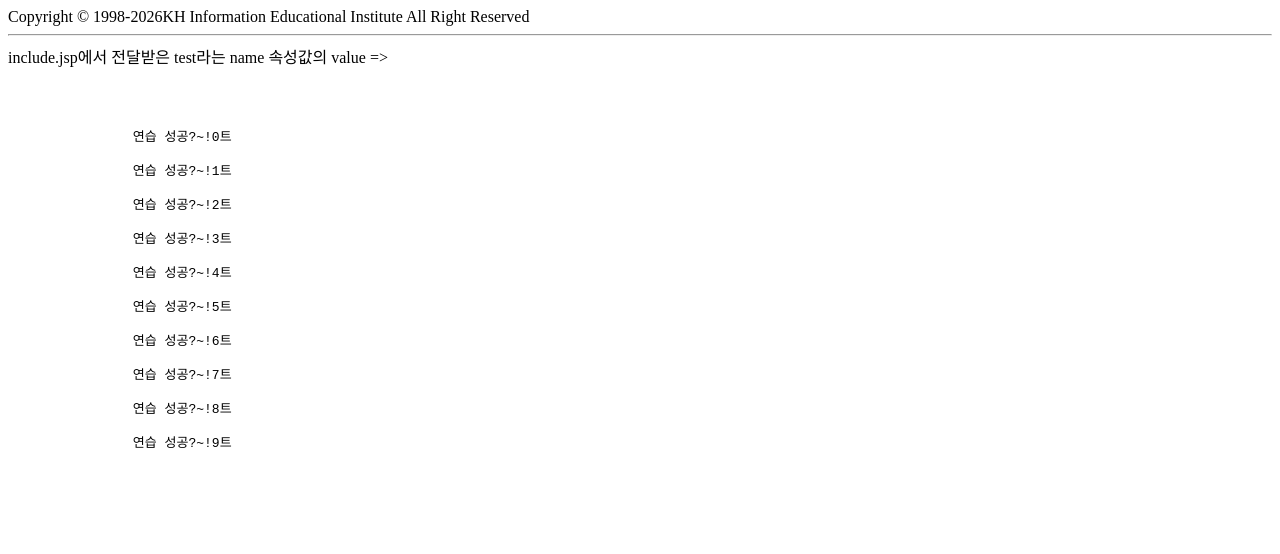
Repository: ham-zi/front-practice
Page: http://localhost/ActionProject/test.do
The author's editor kept a copy of each file at every save. The page is drawn from the files as they stood at one save, then again after a run of saves.
The browser window is 1280 px wide. The pictures show the whole page.
The page is served by Tomcat 9.

Above is the page before, as saved 2026-05-06 10:58:48.
Console error: ReferenceError: Cannot access 'date' before initialization

After the next 2 saves:
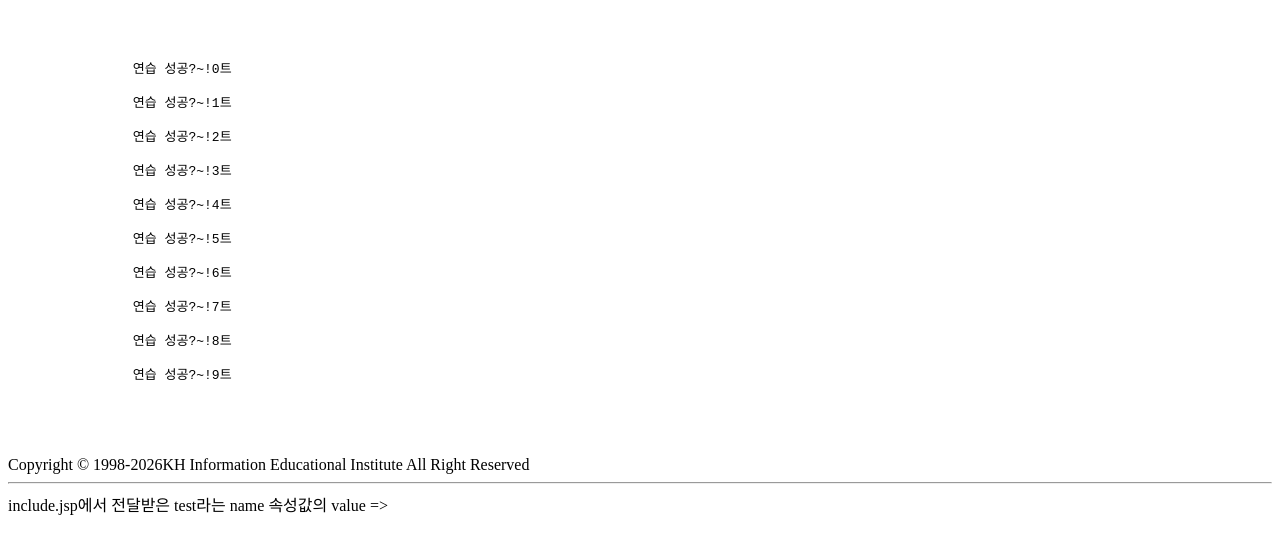
The 2 saves are shown as one change because they came seconds apart.
The last was saved 19 s later.
--- a/dynamic-workspace/ActionProject/src/main/webapp/WEB-INF/views/test.jsp
+++ b/dynamic-workspace/ActionProject/src/main/webapp/WEB-INF/views/test.jsp
@@ -1,6 +1,5 @@
 <%@ page language="java" contentType="text/html; charset=UTF-8"
     pageEncoding="UTF-8"%>
-<%@ include file="footer.jsp"%>
 <!DOCTYPE html>
 <html>
 <head>
@@ -17,5 +16,6 @@
 
 
 	</pre>
+<%@ include file="footer.jsp"%>
 </body>
 </html>
